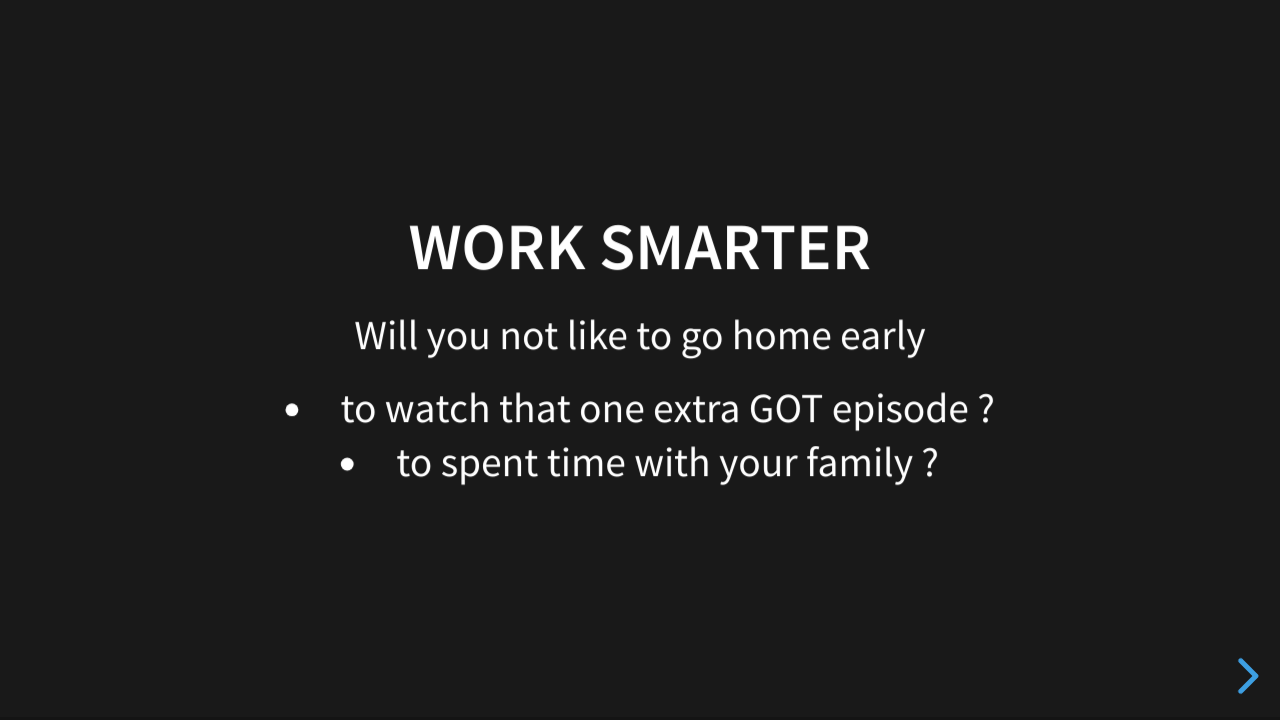
Repository: swapnilshrikhande/worksmarter
Page: index.html
The author's editor kept a copy of each file at every save. The page is drawn from the files as they stood at one save, then again after the next save.
The browser window is 1280 px wide. The pictures show the whole page.

Above is the page before, as saved 2019-10-23 11:53:29.

After the next save:
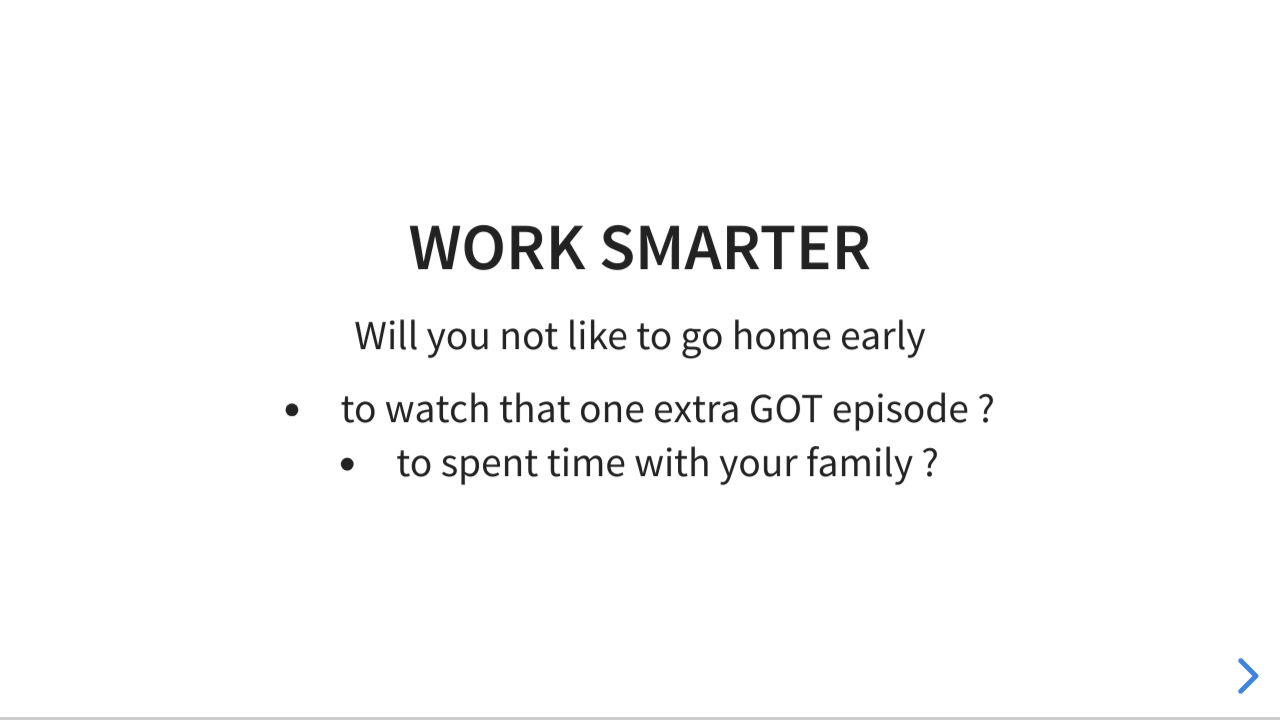
Saved 25 s later.
--- a/index.html
+++ b/index.html
@@ -8,8 +8,8 @@
 
 		<link rel="stylesheet" href="css/reset.css">
 		<link rel="stylesheet" href="css/reveal.css">
-		<!-- <link rel="stylesheet" href="css/theme/white.css"> -->
-		<link rel="stylesheet" href="css/theme/black.css" id="theme">
+		<link rel="stylesheet" href="css/theme/white.css"  id="theme">
+		<!-- <link rel="stylesheet" href="css/theme/black.css" id="theme"> -->
 
 		<!-- Theme used for syntax highlighting of code -->
 		<link rel="stylesheet" href="lib/css/monokai.css">
